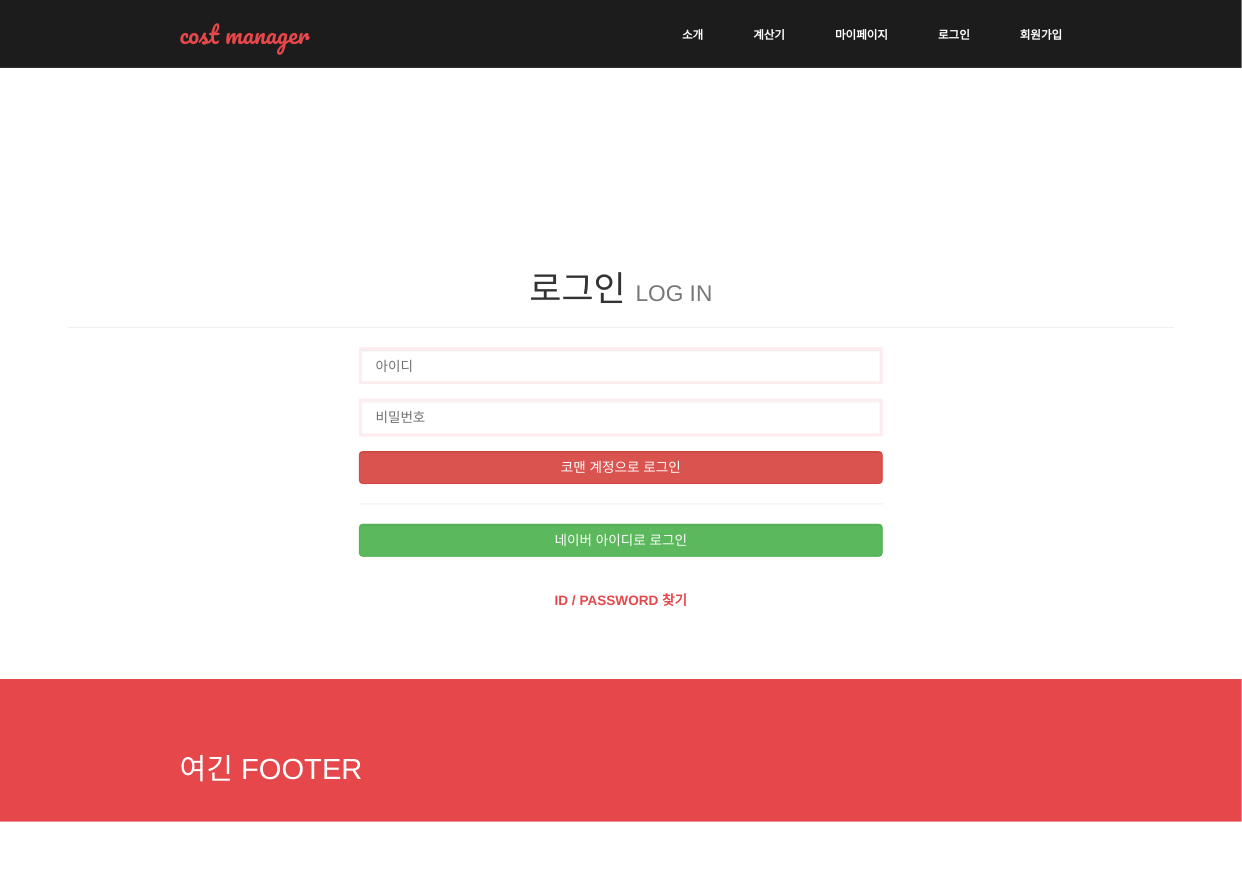
Repository: sseongsu/web1
Page: http://localhost/Project/WEB-INF/views/login.jsp
An editor plug-in stored every save of this project. The page is shown before and after the next save, followed by the edit.
The browser window is 1280 px wide. The pictures show the whole page, at 97% of full size.
Some web fonts or font styles are not loaded; a fallback is used. Some web libraries are served in a nearby version. The page is served by Tomcat 9. Nobody is signed in. Other server files are loaded and not shown. The template is opened directly, without the code that normally fills it, so the values that code supplies are empty.

Above is the page before, as saved 2021-03-12 05:45:41.

### Project/src/main/webapp/WEB-INF/views/login.jsp
<%@ page language="java" contentType="text/html; charset=UTF-8"
	pageEncoding="UTF-8"%>
<!DOCTYPE html>
<html>
<head>
<title>index</title>
<meta charset="utf-8" />
<meta name="viewport"
	content="width=device-width, initial-scale=1, user-scalable=no" />
<link rel="stylesheet" href="assets/css/main.css" />
</head>
<body>

	<!-- Header -->
	<header id="header">
		<div class="inner">
			<a href="index.jsp" class="logo">cost manager</a>
			<nav id="nav">
				<a href="index.html">소개</a> <a href="generic.html">계산기</a> <a
					href="generic.html">마이페이지</a> <a href="./login.spring">로그인</a> <a
					href="elements.html">회원가입</a>
			</nav>
		</div>
	</header>
	<a href="#menu" class="navPanelToggle"><span class="fa fa-bars"></span></a>

	<!-- One -->
	<section id="one">
		<section id="one">
		<jsp:include page="/WEB-INF/views/innerlogin.jsp" flush="false"/>
	</section>


	<!-- Footer -->
	<section id="footer">
		<div class="inner">
			<header>
				<h2>여긴 footer</h2>
			</header>
		</div>
	</section>

	<script src="assets/js/jquery.min.js"></script>
	<script src="assets/js/skel.min.js"></script>
	<script src="assets/js/util.js"></script>
	<script src="assets/js/main.js"></script>

</body>
</html>

### Project/src/main/webapp/WEB-INF/views/innerlogin.jsp
<%@ page language="java" contentType="text/html; charset=UTF-8"
    pageEncoding="UTF-8"%>

<!DOCTYPE html>
<html>
<head>
<meta charset="UTF-8">
<meta name="viewport" content="width=device-width, initial-scale=1">
<title>Insert title here</title>
<!-- Bootstrap -->
<link href="css/bootstrap.min.css" rel="stylesheet">
<!-- font awesome -->
<link rel="stylesheet" href="css/font-awesome.min.css" media="screen" title="no title" charset="utf-8">
<!-- Custom style -->
<link rel="stylesheet" href="css/style.css" media="screen" title="no title" charset="utf-8">
</head>
<body>
      <article class="container" >
        <div class="page-header text-center" >
          <h1>로그인 <small>Log in</small></h1>
        </div>
        <div class="col-md-6 col-md-offset-3">
            <div class="form-group">
              <input type="text" class="form-control" id="Id" placeholder="아이디">
			            </div>

            <div class="form-group">
              <input type="password" class="form-control" id="Password" placeholder="비밀번호">
            </div>

			<div class="form-group">
              <button type="button" class="form-control btn btn-danger" id="loginbtn">코맨 계정으로 로그인</button>
			<hr />
            </div>


           <div class ="form-group">
           <button type="button" class="form-control btn btn-success" id="naverloginbtn">네이버 아이디로 로그인</button>
 			</div>

			<br />
 			<div class = "form-group text-center">
 			<a href="www.sajangnim.co.kr"><strong>ID / PASSWORD 찾기</strong></a>
 			</div>

      </article>

    <!-- jQuery (necessary for Bootstrap's JavaScript plugins) -->
    <script src="https://ajax.googleapis.com/ajax/libs/jquery/1.11.3/jquery.min.js"></script>
    <!-- Include all compiled plugins (below), or include individual files as needed -->
    <script src="js/bootstrap.min.js"></script>
</body>
</html>

Loaded but not shown: Project/src/main/webapp/css/bootstrap.min.css (library); Project/src/main/webapp/css/style.css (common file); Project/src/main/webapp/js/bootstrap.min.js (library); Project/src/main/webapp/assets/js/jquery.min.js (library); Project/src/main/webapp/assets/js/skel.min.js (library); Project/src/main/webapp/assets/js/util.js (587 lines, source omitted); Project/src/main/webapp/assets/js/main.js (72 lines, source omitted); Project/src/main/webapp/assets/css/main.css (3958 lines, source omitted)

After the next save:
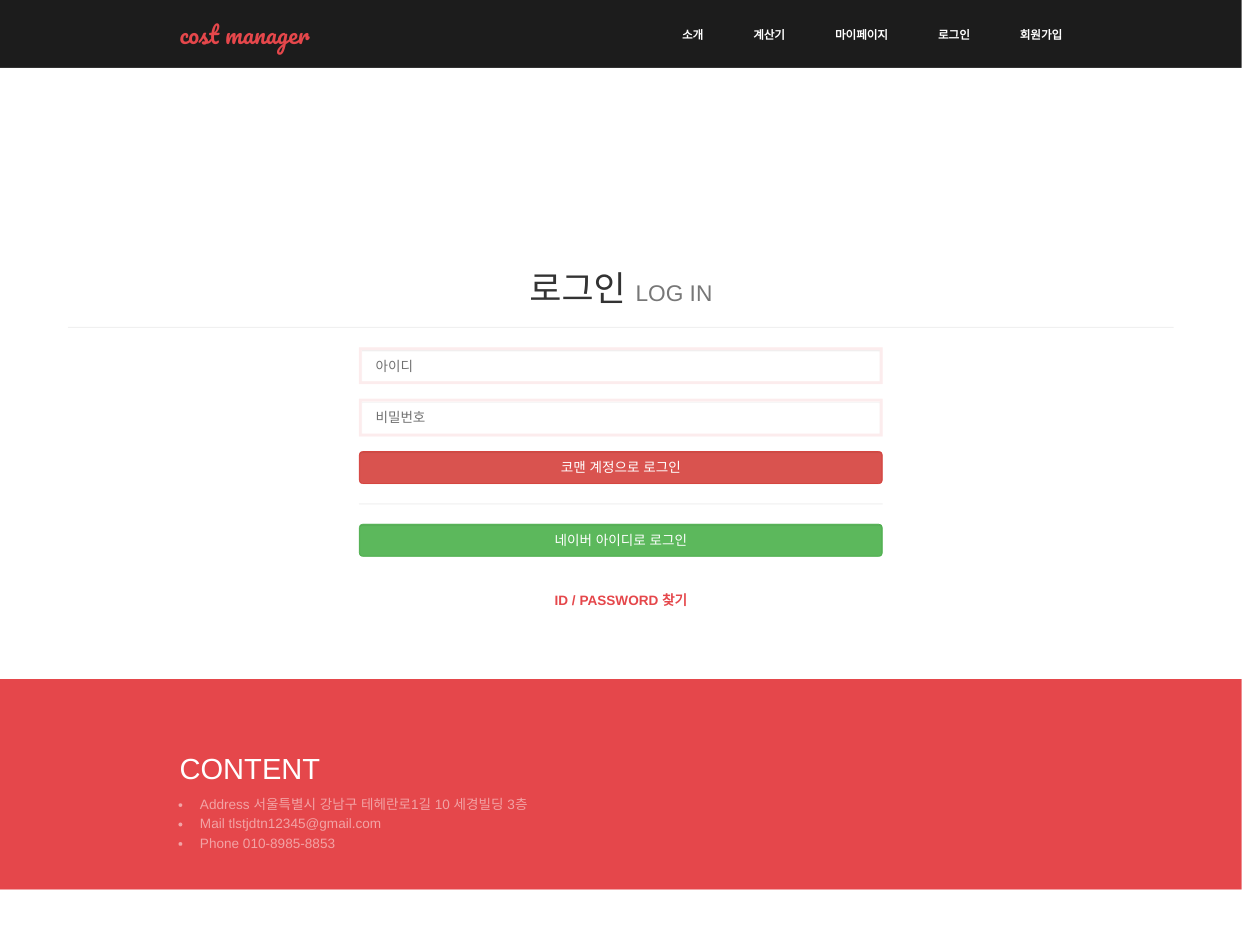
Saved 112 s later.
--- a/Project/src/main/webapp/WEB-INF/views/login.jsp
+++ b/Project/src/main/webapp/WEB-INF/views/login.jsp
@@ -32,13 +32,18 @@
 
 
 	<!-- Footer -->
-	<section id="footer">
-		<div class="inner">
-			<header>
-				<h2>여긴 footer</h2>
-			</header>
-		</div>
-	</section>
+			<section id="footer">
+				<div class="inner">
+					<header>
+						<h2>Content</h2>
+					</header>
+					<ul>
+						<li class="first"><span class="address">Address</span> <span class="address-01">서울특별시 강남구 테헤란로1길 10 세경빌딩 3층</span> </li>
+						<li> <span class="mail">Mail</span> <span class="mail-01">tlstjdtn12345@gmail.com</span> </li>
+						<li> <span class="phone">Phone</span> <span class="phone-01">010-8985-8853</span> </li>
+					</ul>
+				</div>
+			</section>
 
 	<script src="assets/js/jquery.min.js"></script>
 	<script src="assets/js/skel.min.js"></script>
